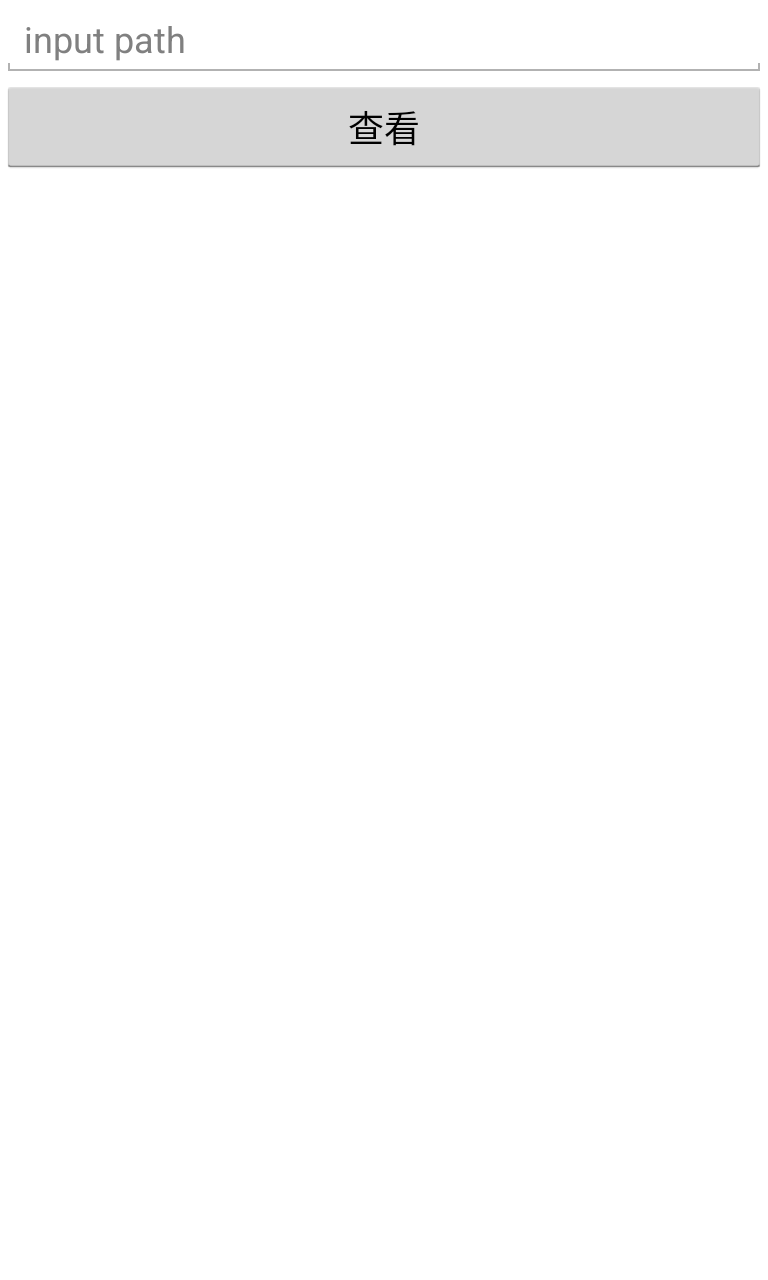
Repository: whoami-I/android
Layout: CodeReview/res/layout/activity_main.xml
An editor plug-in stored every save of this project. The layout is shown before and after the next save, followed by the edit.
It is drawn on a 768 x 1280 px phone screen (xhdpi) without system bars, with theme AppTheme; the app's code is not run.

Above is the layout before, as saved 2018-10-28 14:30:17.

### CodeReview/res/layout/activity_main.xml
<LinearLayout xmlns:android="http://schemas.android.com/apk/res/android"
    xmlns:tools="http://schemas.android.com/tools"
    android:layout_width="match_parent"
    android:layout_height="match_parent"
    android:orientation="vertical" >

    <EditText
        android:id="@+id/et_path"
        android:layout_width="match_parent"
        android:layout_height="wrap_content"
        android:hint="input path" />

    <Button
        android:id="@+id/btn_watch"
        android:layout_width="match_parent"
        android:layout_height="wrap_content"
        android:onClick="click"
        android:text="查看" />

    <TextView
        android:id="@+id/tv_code"
        android:layout_width="match_parent"
        android:layout_height="match_parent" />

</LinearLayout>

Loaded but not shown: CodeReview/res/values/styles.xml (common file); CodeReview/res/values-v11/styles.xml (common file); CodeReview/res/values-v14/styles.xml (common file)

After the next save:
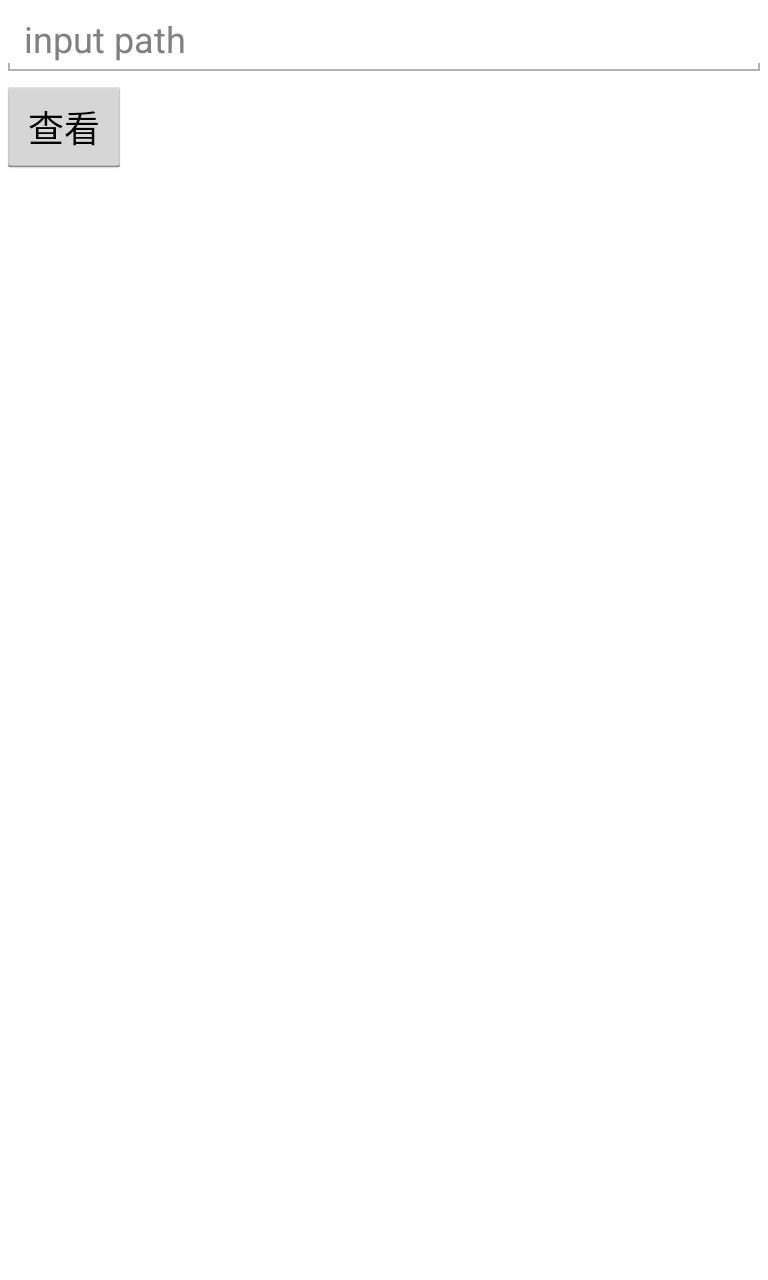
Saved 2 min 58 s later.
--- a/CodeReview/res/layout/activity_main.xml
+++ b/CodeReview/res/layout/activity_main.xml
@@ -12,7 +12,7 @@
 
     <Button
         android:id="@+id/btn_watch"
-        android:layout_width="match_parent"
+        android:layout_width="wrap_content"
         android:layout_height="wrap_content"
         android:onClick="click"
         android:text="查看" />
